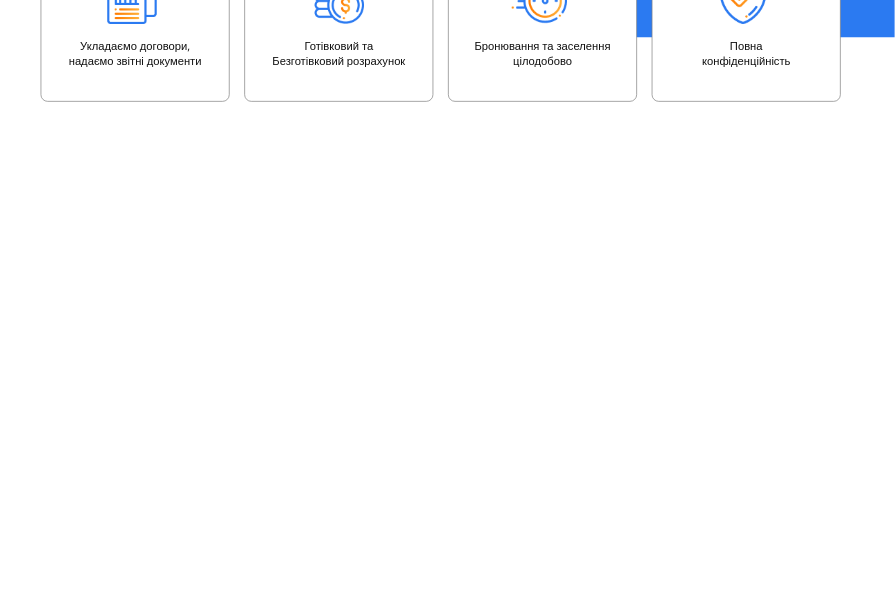
Repository: batonAnton/HW-7-grid
Page: index.html
The author's editor kept a copy of each file at every save. The page is drawn from the files as they stood at one save, then again after the next save.
The browser window is 1280 px wide. The pictures show the part of the page from y = 755 to 2675 px (the page is 1617 px tall before and 2675 px after), at 70% of full size.

Above is the page before, as saved 2022-06-25 19:11:51.

After the next save:
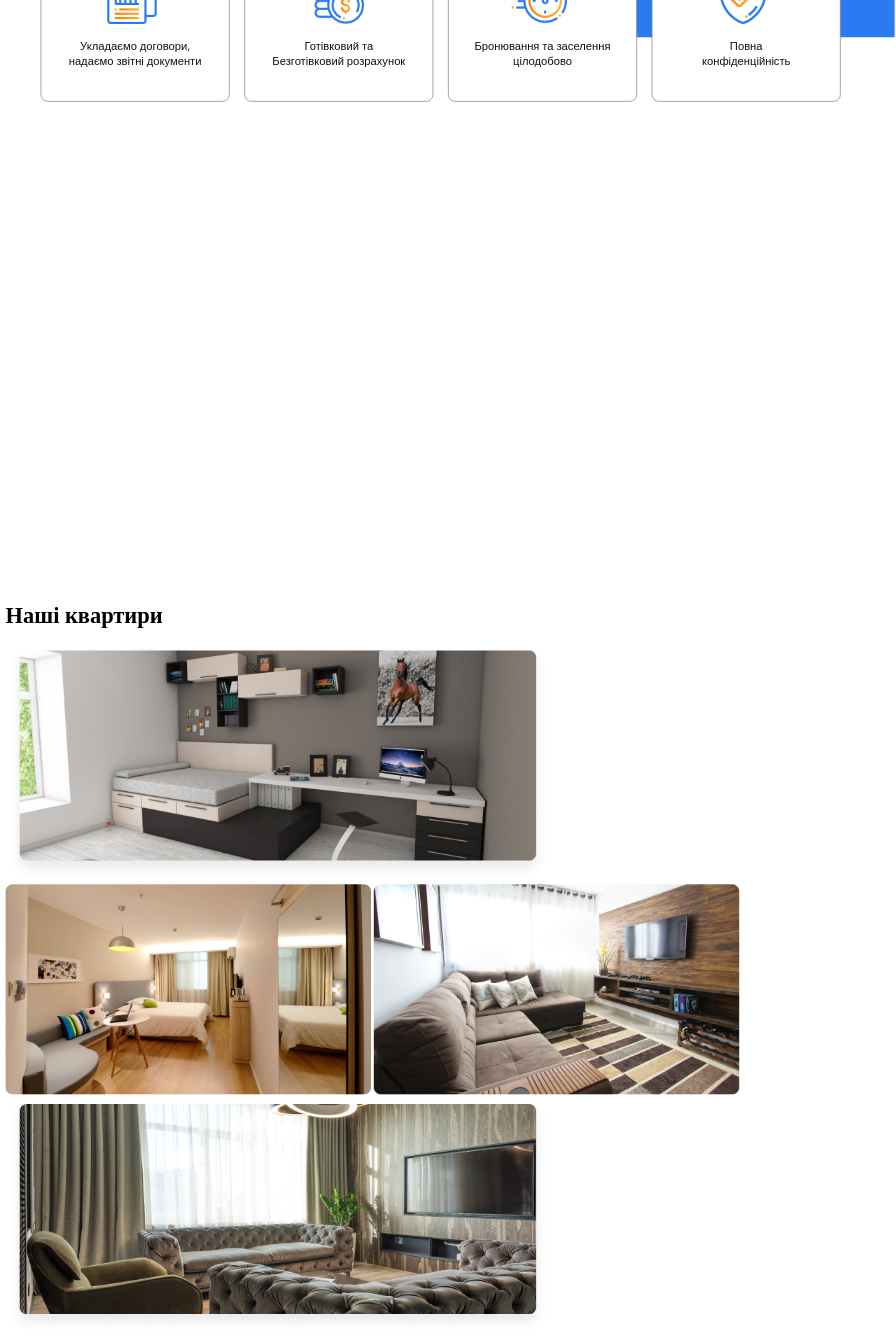
Saved 2 min 25 s later.
--- a/index.html
+++ b/index.html
@@ -84,6 +84,14 @@
          </div>
     </div>
 
+    <div class="wrapper4">
+        <h1>Наші квартири</h1>
+        <img class="img1.1" src="./images/wrapper4/Background 1.1.png" alt="">
+        <img class="img1.2" src="./images/wrapper4/Background 1.2.png" alt="">
+        <img class="img1.1" src="./images/wrapper4/Background 2.1.png" alt="">
+        <img src="./images/wrapper4/Background 2.2.png" alt="">
+    </div>
+
 
 
 
